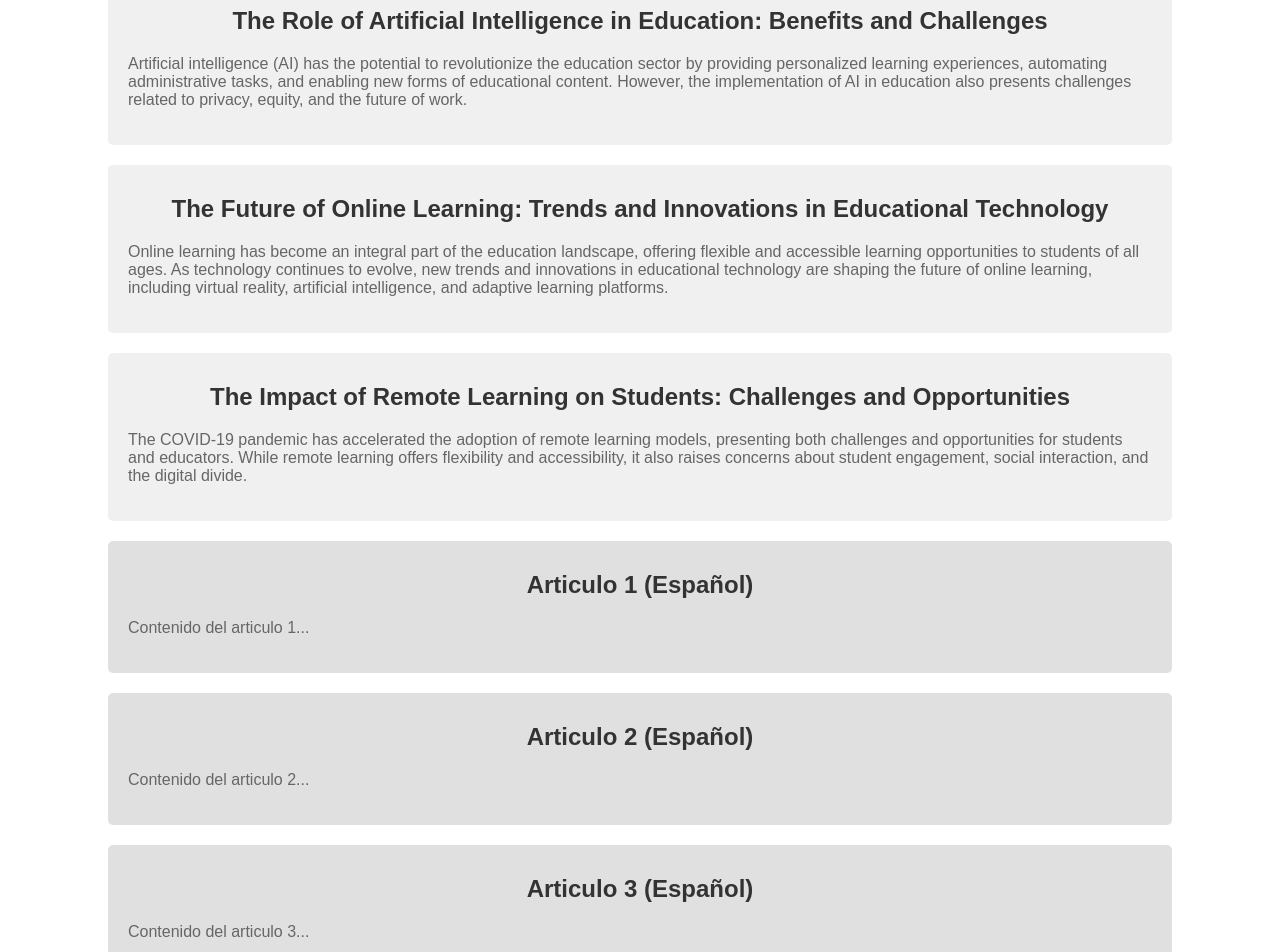
Repository: ByteFros/ramon
Page: ejercicio.html
The author's editor kept a copy of each file at every save. The page is drawn from the files as they stood at one save, then again after the next save.
The browser window is 1280 px wide. The pictures show the part of the page from y = 525 to 1477 px (the page is 1915 px tall).
A picture or video elsewhere on the page could not be fetched, so the positions and the page height are approximate.

Above is the page before, as saved 2024-02-06 19:17:12.

After the next save:
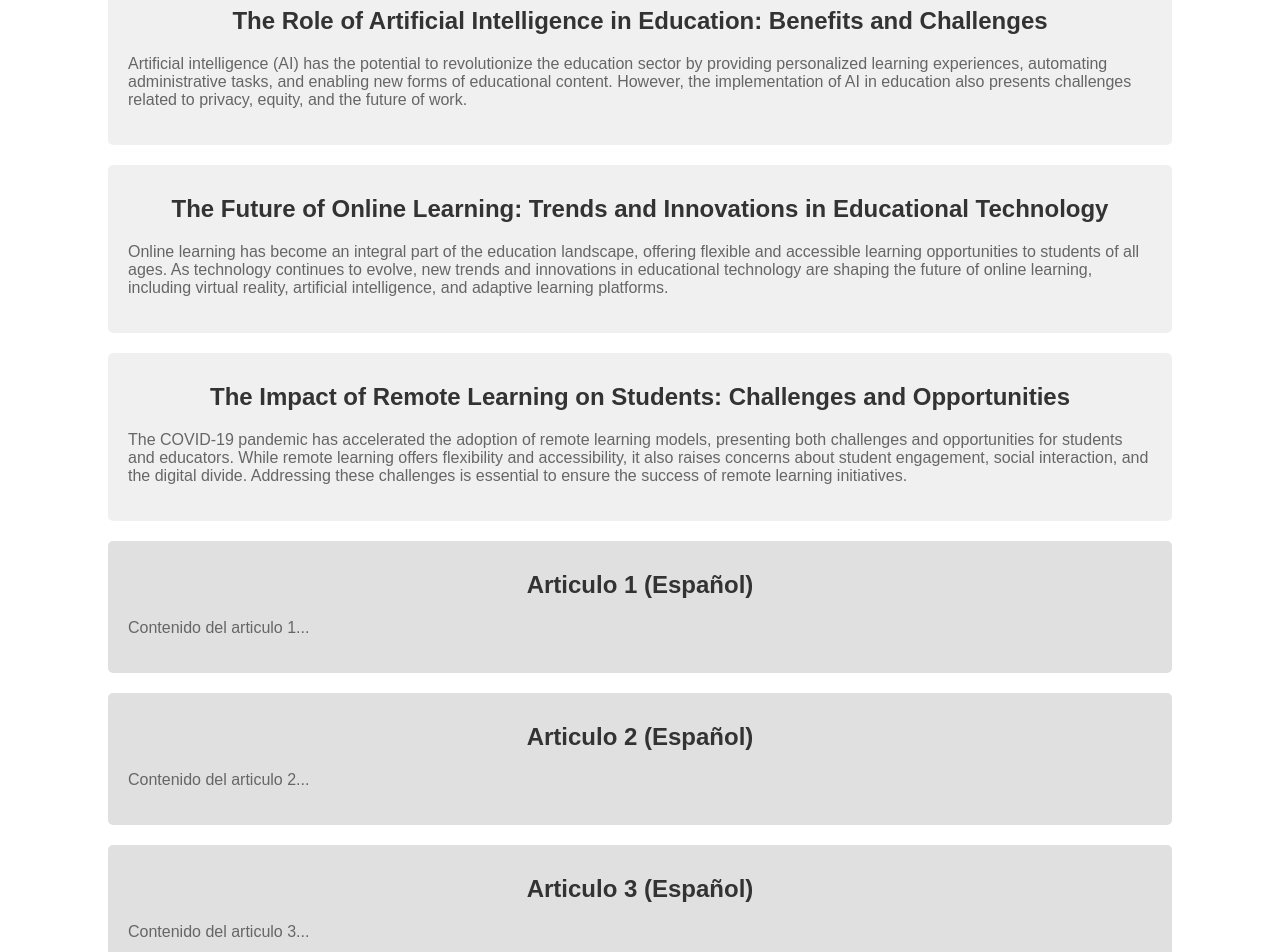
Saved 4 s later.
--- a/ejercicio.html
+++ b/ejercicio.html
@@ -73,7 +73,8 @@
         models, presenting both challenges and opportunities for students and
         educators. While remote learning offers flexibility and accessibility,
         it also raises concerns about student engagement, social interaction,
-        and the digital divide.
+        and the digital divide. Addressing these challenges is essential to
+        ensure the success of remote learning initiatives.
       </p>
     </article>
     <!-- articulos en español -->
